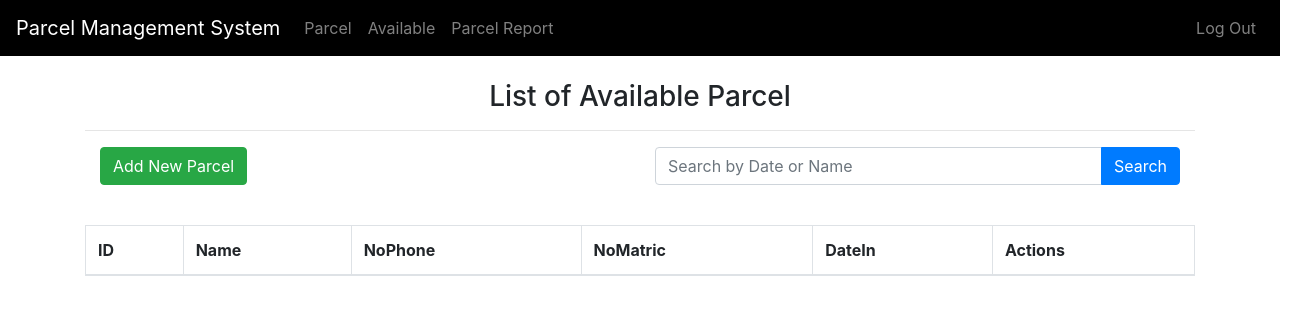
Repository: fikriupm/ParcelManagement_CBSEProject
Page: http://localhost/ParcelManagementSystem/available
These files come from the project's save history. The page is drawn as it stood at one moment and after the next save; the edit follows.
The browser window is 1280 px wide. The page is 1295 px wide, so the pictures cover 1295 px, including what lies to the right of the window. The pictures show the whole page.
The page is served by Tomcat 9. Other server files are loaded and not shown. Queries for data that is not in the repository find no rows.

Above is the page before, as saved 2023-06-21 08:54:21.

### ParcelManagementSystem/src/main/webapp/available-list.jsp
<%@ page language="java" contentType="text/html; charset=ISO-8859-1"
    pageEncoding="ISO-8859-1"%>
<%@ taglib uri="http://java.sun.com/jsp/jstl/core" prefix="c"%>
<!DOCTYPE html>
<html>
<head>
<title>Parcel Management System</title>
<link rel="stylesheet"
	href="https://stackpath.bootstrapcdn.com/bootstrap/4.3.1/css/bootstrap.min.css"
	integrity="sha384-ggOyR0iXCbMQv3Xipma34MD+dH/1fQ784/j6cY/iJTQUOhcWr7x9JvoRxT2MZw1T"
	crossorigin="anonymous">
</head>
<body>

	<header>
		<nav class="navbar navbar-expand-md navbar-dark" style="background-color: black">
    <div>
        <a href="dashboard.jsp" class="navbar-brand">Parcel Management System</a>
    </div>

    <ul class="navbar-nav mr-auto">
        <li class="nav-item">
            <a href="<%=request.getContextPath()%>/list" class="nav-link">Parcel</a>
        </li>
        <li class="nav-item">
            <a href="<%=request.getContextPath()%>/available" class="nav-link">Available</a>
        </li>
        <li class="nav-item">
            <a href="<%=request.getContextPath()%>/report" class="nav-link">Parcel Report</a>
        </li> <!-- Added button for Parcel Report -->
    </ul>

    <ul class="navbar-nav">
        <li class="nav-item">
            <a href="<%=request.getContextPath()%>/logout" class="nav-link">Log Out</a>
        </li>
    </ul>
</nav>


	</header>
	<br>

	<div class="row">
    <div class="container">
        <h3 class="text-center">List of Available Parcel</h3>
        <hr>
        <div class="container text-left">
            <div class="row">
                <div class="col-md-6 text-left">
                    <a href="<%=request.getContextPath()%>/new" class="btn btn-success">Add New Parcel</a>
                </div>
                <div class="col-md-6">
                    <div class="form-group">
                        <form action="searchAvailable" method="get">
                            <div class="input-group">
                                <input type="text" name="searchTerm" placeholder="Search by Date or Name" class="form-control">
                                <div class="input-group-append">
                                    <button type="submit" class="btn btn-primary">Search</button>
                                </div>
                            </div>
                        </form>
                    </div>
                </div>
            </div>
        </div>
			<br>
			<table class="table table-bordered">
				<thead>
					<tr>
						<th>ID</th>
						<th>Name</th>
						<th>NoPhone</th>
						<th>NoMatric</th>
						<th>DateIn</th>
						<th>Actions</th>
					</tr>
				</thead>
				<tbody>

					<c:forEach var="parcel" items="${listUser}">

						<tr>
							<td><c:out value="${parcel.id}" /></td>
							<td><c:out value="${parcel.name}" /></td>
							<td><c:out value="${parcel.noPhone}" /></td>
							<td><c:out value="${parcel.noMatric}" /></td>
							<td><c:out value="${parcel.dateIn}" /></td>
							<td><a href="edit?id=<c:out value='${parcel.id}' />">Check-Out</a>
								&nbsp;&nbsp;&nbsp;&nbsp; <a
								href="delete?id=<c:out value='${parcel.id}' />">Delete</a></td>
						</tr>
					</c:forEach>

				</tbody>

			</table>
		</div>
	</div>
</body>
</html>

### ParcelManagementSystem/src/main/java/com/controller/ParcelServlet.java
package com.controller;

import java.io.IOException;
import java.sql.SQLException;
import java.util.List;
import java.text.ParseException;

import javax.servlet.RequestDispatcher;
import javax.servlet.ServletConfig;
import javax.servlet.ServletException;
import javax.servlet.annotation.WebServlet;
import javax.servlet.http.HttpServlet;
import javax.servlet.http.HttpServletRequest;
import javax.servlet.http.HttpServletResponse;
import javax.servlet.http.HttpSession;

import com.bean.Parcel;
import com.dao.*;

/**
 * Servlet implementation class ParcelServlet
 */
@WebServlet("/")
public class ParcelServlet extends HttpServlet {
	private static final long serialVersionUID = 1L;

	private ParcelDao ParcelDao;

	/**
	 * @see HttpServlet#HttpServlet()
	 */
	public ParcelServlet() {
		super();
		// TODO Auto-generated constructor stub
	}

	/**
	 * @see Servlet#init(ServletConfig)
	 */
	public void init() {
		ParcelDao = new ParcelDao();

	}

	/**
	 * @see HttpServlet#doPost(HttpServletRequest request, HttpServletResponse
	 *      response)
	 */
	protected void doPost(HttpServletRequest request, HttpServletResponse response)
			throws ServletException, IOException {
		// TODO Auto-generated method stub
		doGet(request, response);
	}

	/**
	 * @see HttpServlet#doGet(HttpServletRequest request, HttpServletResponse
	 *      response)
	 */
	protected void doGet(HttpServletRequest request, HttpServletResponse response)
			throws ServletException, IOException {
		String action = request.getServletPath();

		try {
			switch (action) {
			case "/new":
				showNewForm(request, response);
				break;
			case "/insert":
				insertUser(request, response);
				break;
			case "/delete":
				deleteUser(request, response);
				break;
			case "/edit":
				showEditForm(request, response);
				break;
			case "/update":
				updateUser(request, response);
				break;
			case "/search":
				searchList(request, response);
				break;
			case "/searchAvailable":
				searchAvailable(request, response);
				break;
			case "/available":
				listAvailable(request, response);
				break;
			case "/logout":
				logout(request, response);
				break;
			case "/report":
				generateReport(request, response);
				break;
			default:
				listUser(request, response);
				break;
			}
		} catch (SQLException | ParseException ex) {
			throw new ServletException(ex);
		}
	}

	private void listUser(HttpServletRequest request, HttpServletResponse response)
			throws SQLException, IOException, ServletException {
		List<Parcel> listUser = ParcelDao.selectAllUsers();
		request.setAttribute("listUser", listUser);
		RequestDispatcher dispatcher = request.getRequestDispatcher("user-list.jsp");
		dispatcher.forward(request, response);
	}

	private void listAvailable(HttpServletRequest request, HttpServletResponse response)
			throws SQLException, IOException, ServletException {
		List<Parcel> listUser = ParcelDao.selectAvailable();
		request.setAttribute("listUser", listUser);
		RequestDispatcher dispatcher = request.getRequestDispatcher("available-list.jsp");
		dispatcher.forward(request, response);
	}

	private void showNewForm(HttpServletRequest request, HttpServletResponse response)
			throws ServletException, IOException {
		RequestDispatcher dispatcher = request.getRequestDispatcher("user-form.jsp");
		dispatcher.forward(request, response);
	}

	private void showEditForm(HttpServletRequest request, HttpServletResponse response)
			throws SQLException, ServletException, IOException {
		int id = Integer.parseInt(request.getParameter("id"));
		Parcel existingUser = ParcelDao.selectUser(id);
		RequestDispatcher dispatcher = request.getRequestDispatcher("checkout-form.jsp");
		request.setAttribute("parcel", existingUser);
		dispatcher.forward(request, response);
	}

	private void insertUser(HttpServletRequest request, HttpServletResponse response)
			throws SQLException, IOException, ParseException {
		String name = request.getParameter("name");
		String noPhone = request.getParameter("noPhone");
		String noMatric = request.getParameter("noMatric");

		Parcel newUser = new Parcel(name, noPhone, noMatric);
		ParcelDao.insertUser(newUser);
		response.sendRedirect("available");
	}

	private void updateUser(HttpServletRequest request, HttpServletResponse response)
			throws SQLException, IOException, ParseException {
		int id = Integer.parseInt(request.getParameter("id"));
		String name = request.getParameter("name");
		String noPhone = request.getParameter("noPhone");
		String noMatric = request.getParameter("noMatric");

		Parcel book = new Parcel(id, name, noPhone, noMatric);
		ParcelDao.updateUser(book);
		response.sendRedirect("available");
	}

	private void deleteUser(HttpServletRequest request, HttpServletResponse response) throws SQLException, IOException {
		int id = Integer.parseInt(request.getParameter("id"));
		ParcelDao.deleteUser(id);
		response.sendRedirect("list");

	}

	private void searchList(HttpServletRequest request, HttpServletResponse response)
			throws SQLException, IOException, ServletException {
		String dateIn = request.getParameter("dateIn"); // Assuming the search parameter is named "dateIn"
		List<Parcel> listUser = ParcelDao.selectAllsearch(dateIn);
		request.setAttribute("listUser", listUser);
		RequestDispatcher dispatcher = request.getRequestDispatcher("user-list.jsp");
		dispatcher.forward(request, response);
	}

	private void searchAvailable(HttpServletRequest request, HttpServletResponse response)
			throws SQLException, IOException, ServletException {
		String dateIn = request.getParameter("searchTerm"); // Assuming the search parameter is named "dateIn"
		List<Parcel> listUser = ParcelDao.selectAvailablesearch(dateIn);
		request.setAttribute("listUser", listUser);
		RequestDispatcher dispatcher = request.getRequestDispatcher("available-list.jsp");
		dispatcher.forward(request, response);
	}

	private void logout(HttpServletRequest request, HttpServletResponse response) throws ServletException, IOException {

		HttpSession session = request.getSession();
		session.invalidate();
		response.sendRedirect("login.jsp");
	}

	private void generateReport(HttpServletRequest request, HttpServletResponse response)
			throws SQLException, IOException, ServletException {
		String available = request.getParameter("available");
		int count = ParcelDao.getCountOfDateIn(available);

		String all = request.getParameter("available");
		int count_all = ParcelDao.getAllCountOfDateIn(all);

		int count_out = count_all - count;

		double total = (count_all - count) * 0.5; // Calculate the profit

		// Set the count and money as request attributes
		request.setAttribute("countInDateIn", count);
		request.setAttribute("countAllDateIn", count_all);
		request.setAttribute("countOutDateIn", count_out);
		request.setAttribute("total", total);

		RequestDispatcher dispatcher = request.getRequestDispatcher("report.jsp");
		dispatcher.forward(request, response);
	}

}

### ParcelManagementSystem/src/main/java/com/connection/GetConnection.java
package com.connection;
import java.sql.Connection;
import java.sql.DriverManager;
import java.sql.SQLException;

public class GetConnection {

	private static Connection conn = null;
    private static final GetConnection sqlConn = new GetConnection();

    private GetConnection() {}

    public static GetConnection getInstance() {
        return sqlConn;
    }

    public static Connection getConnection() {

    String driver = "com.mysql.cj.jdbc.Driver";
    String url = "jdbc:mysql://localhost:3306/";
    String dbname = "parcelsystem";
    String username = "root";
    String pwd = "abc";

        try {
            Class.forName(driver);
            conn = DriverManager.getConnection(url + dbname, username, pwd);
            System.out.println("Connection successful");
        } catch (ClassNotFoundException | SQLException e) {
            System.out.println(e);
        }
        return conn;
    }
}

After the next save:
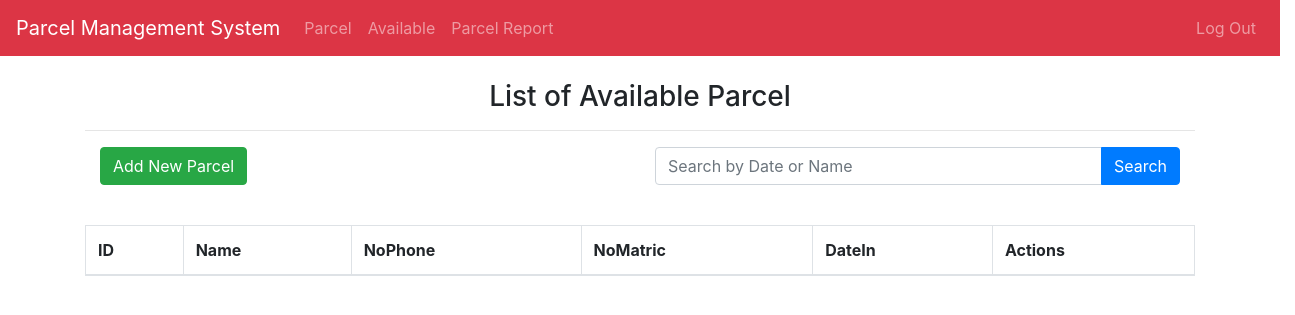
Saved 35 s later.
--- a/ParcelManagementSystem/src/main/webapp/available-list.jsp
+++ b/ParcelManagementSystem/src/main/webapp/available-list.jsp
@@ -13,7 +13,7 @@
 <body>
 
 	<header>
-		<nav class="navbar navbar-expand-md navbar-dark" style="background-color: black">
+		<nav class="navbar navbar-expand-sm bg-danger navbar-dark sticky-top">
     <div>
         <a href="dashboard.jsp" class="navbar-brand">Parcel Management System</a>
     </div>
